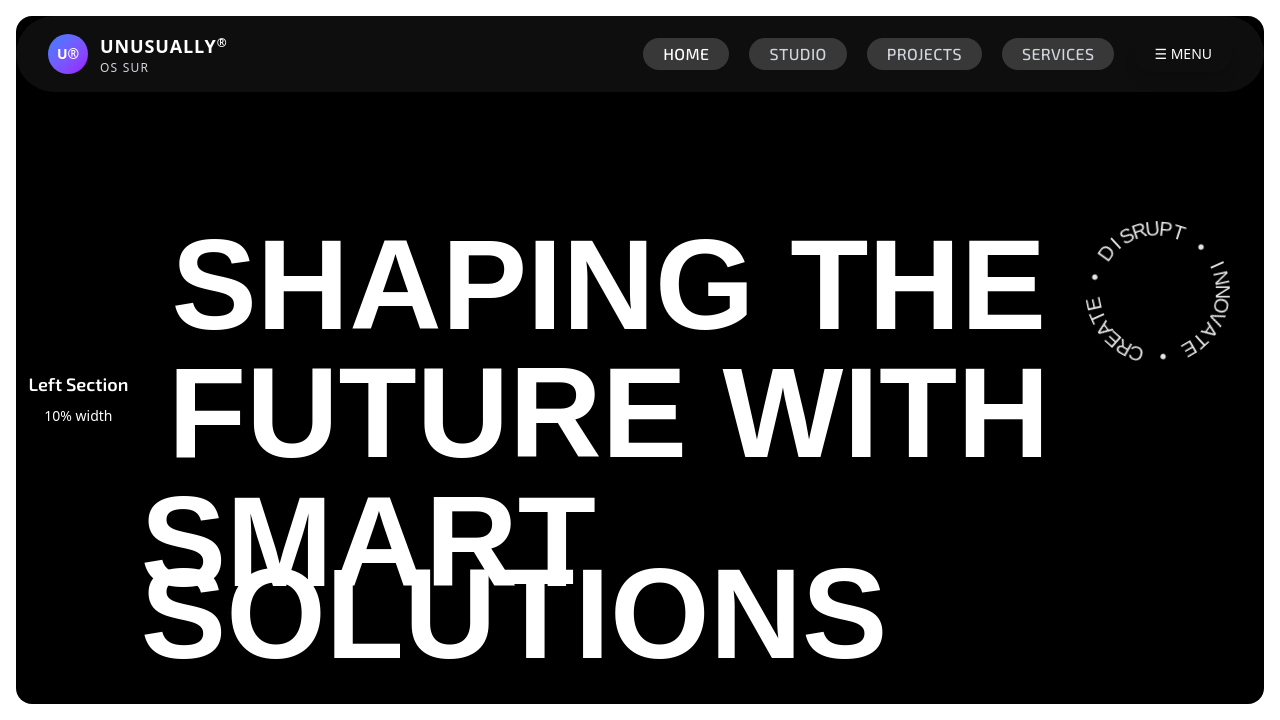
Repository: A-y-u-s-h-29/Digital-Express-India-With-Carrer-Page-And-RazorPay
Page: / (app in op/)
An editor plug-in stored every save of this project. The page is shown before and after the next save, followed by the edit.
The browser window is 1280 px wide. The pictures show the whole page.
Some web fonts or font styles are not loaded; a fallback is used. The project was rebuilt for these pictures with package versions that can differ from the ones it lists, and the page was loaded fresh each time. Also part of the build but not shown: op/vite.config.js.

Above is the page before, as saved 2025-12-04 15:30:42.

After the next save:
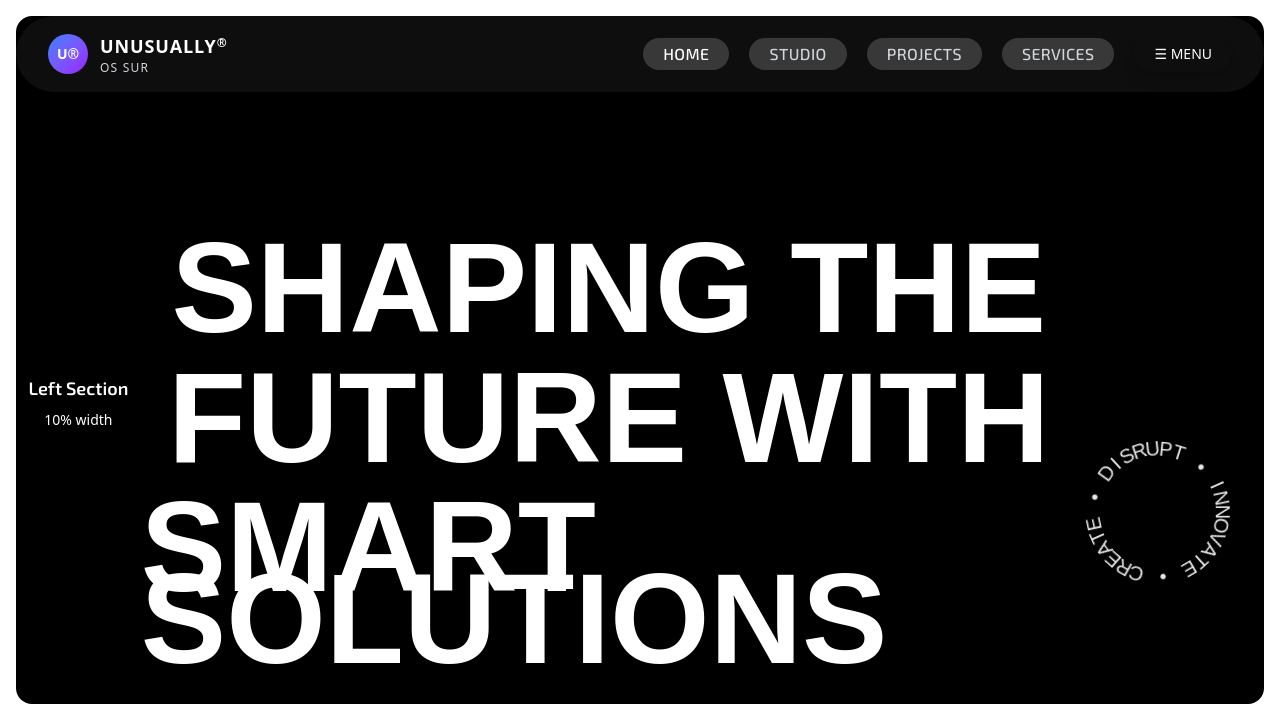
Saved 4 s later.
--- a/op/src/components/Home.jsx
+++ b/op/src/components/Home.jsx
@@ -52,7 +52,7 @@ function Home() {
           <div className="w-[15%] flex flex-col justify-center  ">
             {/* Vertical Circular Text */}
             <div className="relative h-full  ">
-              <button>
+              <button className="mt-55">
               <CircularText
                 text="INNOVATE • CREATE • DISRUPT • "
                 spinDuration={30}
